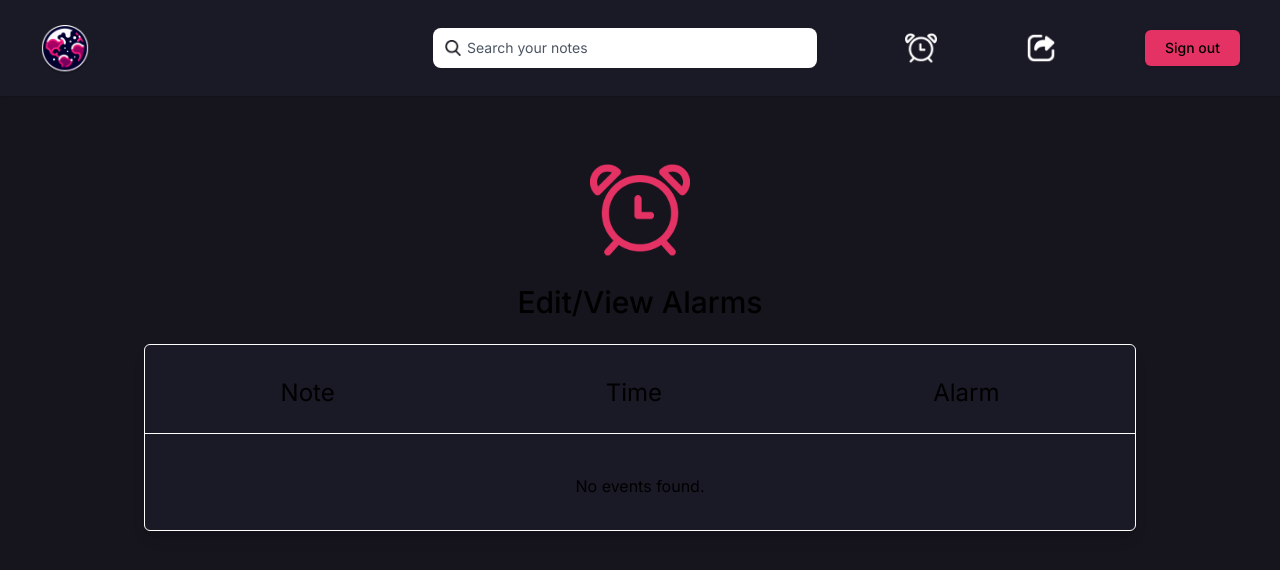
Repository: plan-it-earth/plan-it-earth
Page: /pages/alarm
The author's editor kept a copy of each file at every save. The page is drawn from the files as they stood at one save, then again after the next save.
The browser window is 1280 px wide. The pictures show the whole page.
The project was rebuilt for these pictures with package versions that can differ from the ones it lists, and the page was loaded fresh each time. The framework's server and built-in components were replaced by stand-ins that run in the browser. Also part of the build but not shown: next.config.mjs, app/lib/Hooks/dbActions.js, app/Components/AlarmRow.tsx.

Above is the page before, as saved 2024-04-18 20:29:33.

### app/layout.tsx
import type { Metadata } from "next";
import { Inter } from "next/font/google";
import "./globals.css";

import { AuthProvider } from "./lib/firebase/AuthProvider";

const inter = Inter({ subsets: ["latin"] });

export const metadata: Metadata = {
  title: "Plan-It-Earth",
  description: "Plan-It-Earth is a calendar application for professors and students",
};

export default function RootLayout({
  children,
}: Readonly<{
  children: React.ReactNode;
}>) {
  return (
    <html lang="en" className="bg-[#16141C]">
      <AuthProvider>
        <body className={inter.className}>{children}</body>
      </AuthProvider>
    </html>
  );
}

### app/pages/alarm/page.jsx
'use client';
import { useRouter } from 'next/navigation';
import React, { useState, useEffect } from 'react';
import { onAuthStateChanged } from 'firebase/auth';
import { auth } from '../../../firebaseConfig';
import Header from '../../Components/Header';
import alarm from '../../Images/alarmLogo.png';
import Image from 'next/image';
import FullCalendar from '@fullcalendar/react';
import dayGridPlugin from '@fullcalendar/daygrid';
import { useCalendarApi } from '../../lib/Context/CalendarProvider';
import AlarmRow from '../../Components/AlarmRow';

export default function Alarm() {
    const router = useRouter();
    const { calendarApi } = useCalendarApi();
    const [events, setEvents] = useState([]);


    useEffect(() => {
        if (calendarApi) {
            const loadEvents = () => {
                const eventsArray = calendarApi.getEvents();
                const filteredEvents = eventsArray.filter((event) => event.extendedProps.alarm >= 0);
                setEvents(filteredEvents);
            };
            loadEvents();
        }
    }, [calendarApi]);

    const formatDate = (date) => {
        const d = new Date(date);
        const options = {
            year: 'numeric', month: '2-digit', day: '2-digit',
            hour: '2-digit', minute: '2-digit', hour12: true,
        };
        return d.toLocaleString('en-US', options).replace(',', ' @');
    }


    return (
        <div className="bg-[#16141C] h-lvh justify-center">
            <Header />
            <div className="flex justify-center mt-16">
                <Image src={alarm} alt="Alarm" height={100} width={100} />
            </div>
            <div className="flex w-full justify-center">
                <h2 className="font-medium text-3xl mt-6">Edit/View Alarms</h2>
            </div>
            <div className="flex flex-col mx-2 sm:mx-36 md:mx-36 lg:mx-36 py-8 bg-[#1A1926] mt-6 border shadow-lg border-white rounded-md">
                <div className="flex flex-row w-full pb-6 text-xl sm:text-2xl font-normal justify-around border-b border-b-1 border-white">
                    <h1>Note</h1>
                    <h1>Time</h1>
                    <h1>Alarm</h1>
                </div>
                <div className="flex flex-col w-full gap-6 mt-6">
                    {events.length > 0 ? (
                        <div className="flex flex-col gap-6">
                            {events.map(event => (
                                <AlarmRow key={event.id} title={event.title} time={formatDate(event.start)} alarm={event.extendedProps.alarm} id={event.id} />
                            ))}
                        </div>
                    ) : (
                        <p className="text-center mt-4">No events found.</p>
                    )}
                </div>
            </div>
        </div>
    );
}

### app/globals.css
@tailwind base;
@tailwind components;
@tailwind utilities;

:root {
  --foreground-rgb: 0, 0, 0;
  --background-start-rgb: 214, 219, 220;
  --background-end-rgb: 255, 255, 255;
}

@media (prefers-color-scheme: dark) {
  :root {
    --foreground-rgb: 255, 255, 255;
    --background-start-rgb: 0, 0, 0;
    --background-end-rgb: 0, 0, 0;
  }
}

body {
  color: rgb(var(--foreground-rgb));
  background: linear-gradient(
      to bottom,
      transparent,
      rgb(var(--background-end-rgb))
    )
    rgb(var(--background-start-rgb));
}

@layer utilities {
  .text-balance {
    text-wrap: balance;
  }
}

.buttonexportpage:hover {
  background-color: #E53265;
}

### app/lib/firebase/AuthProvider.tsx
'use client'

import React, { useState, useEffect } from 'react';
import { onAuthStateChanged, User as firebaseUser } from 'firebase/auth';
import { auth, db } from '../../../firebaseConfig';
import { doc, onSnapshot } from 'firebase/firestore';
import UserContext from './UserContext';
import { CalendarProvider } from '../Context/CalendarProvider';

export interface UserData {
    email: string;
    uid: string;
    events: "";
}

export interface AuthState {
    userData: UserData | null;
}

interface AuthProviderProps {
    children: React.ReactNode;
}

export const AuthProvider = ({ children }: AuthProviderProps) => {
    const [userData, setUserData] = useState<AuthState>({ userData: null});

    useEffect(() => {
        const unsubscribe = onAuthStateChanged(auth, async (user: firebaseUser | null) => {
            try {
                // If user is logged in, get user data from firestore
                if (user) {
                    const uid = user.uid;
                    const userRef = doc(db, 'users', uid);
                    const unsubscribeUser = onSnapshot(userRef, (doc) => {
                        const userData = doc.exists() ? {...doc.data(), uid} as UserData : null;
                        setUserData({ userData });
                    });
                    return () => unsubscribeUser();
                } else {
                    setUserData({ userData: null });
                    return () => {};
                }
            } catch (error) {
                console.log("Error getting user data: ", error);
            }
        });
        return () => unsubscribe();
    }, []);
    return (
        <UserContext.Provider value={userData}>
            <CalendarProvider>
                {children}
            </CalendarProvider>
        </UserContext.Provider>
    )
}

### firebaseConfig.ts
// Import firebase modules
import 'firebase/firestore';
import 'firebase/auth';
import 'firebase/storage';
// Import the functions you need from the SDKs you need
import { initializeApp } from "firebase/app";
import { getFirestore } from 'firebase/firestore';
import { getAuth } from 'firebase/auth';
import { getStorage } from 'firebase/storage';
// TODO: Add SDKs for Firebase products that you want to use
// https://firebase.google.com/docs/web/setup#available-libraries

// Your web app's Firebase configuration
// For Firebase JS SDK v7.20.0 and later, measurementId is optional
const firebaseConfig = {
  apiKey: "AIzaSyBZBzlYp8KR-bJDEJVVbYroSMxS-GXYmR8",
  authDomain: "plan-it-earth-94b85.firebaseapp.com",
  projectId: "plan-it-earth-94b85",
  storageBucket: "plan-it-earth-94b85.appspot.com",
  messagingSenderId: "97255809349",
  appId: "1:97255809349:web:8b9f6ed7ba990714221e2c",
  measurementId: "G-WXFLGQPQ1S"
};

// Initialize Firebase
const app = initializeApp(firebaseConfig);
export const db = getFirestore(app);
export const auth = getAuth(app);
export const storage = getStorage(app);

### app/Components/Header.tsx
'use client';
import React, { useState, useEffect } from 'react';
import ReactDOM from 'react-dom';
import Image from 'next/image';
import { useRouter } from 'next/navigation';

import Search from './Search';

import logo from '../Images/headerlogo.png';
import alarm from '../Images/headeralarm.png';
import share from '../Images/headershare.png';

import { getAuth, signOut } from "firebase/auth";

function logOut() {
    const auth = getAuth();
    signOut(auth).then(() => {
        console.log("User signed out");
    }).catch((error) => {
        console.log("Error signing out: ", error);
    });

    console.log("Sign out clicked");
    location.href = "/";
}

export default function Header() {
    const router = useRouter();

    const routeToAlarm = () => {
        router.push('/pages/alarm')
    }

    const routeToExportOrShare = () => {
        router.push('/pages/exportorshare')
    }

    const routeToCalendar = () => {
        router.push('/pages/calendar')
    }

    return (
        <div className="flex h-24 w-full px-2 py-5 bg-[#1A1926] shadow justify-around md:px-10">
            <div className="flex flex-row h-full items-center space-x-2 md:gap-20">
                <Image onClick={routeToCalendar} src={logo} alt="Plan-It-Earth" height={50} width={50} className="h-30 w-30 mt-1 cursor-pointer hover:opacity-85 md:h-35 md:h-35"/>
                <div className="hidden sm:block"></div>
                <div className="hidden sm:w-20 sm:block"></div>
            </div>
            {/*<div className="hidden w-24 lg:block"></div>*/}
            <Search />
            <div className="flex flex-row h-full items-center space-x-2 md:gap-20">
                <Image onClick={routeToAlarm} src={alarm} alt="Alarm" height={35} width={35} className="h-8 w-8 cursor-pointer hover:opacity-85"/>
                <Image onClick={routeToExportOrShare} src={share} alt="Share" height={35} width={35} className="h-8 w-8 cursor-pointer hover:opacity-85"/>
                <button onClick={() => logOut()} className="px-3 py-2 rounded-md text-xs font-medium bg-[#E53265] outline-none border-none shadow hover:brightness-110 md:px-5 md:py-2 md:text-sm">Sign out</button>
            </div>
        </div>
    )
}

### app/lib/Context/CalendarProvider.tsx
import React, { createContext, useContext, useState, ReactNode, RefObject } from 'react';

interface CalendarProviderProps {
    children: ReactNode;
}

interface CalendarContextType {
    calendarApi: any;
    setCalendarApi: (api: any) => void;
}

const CalendarContext = createContext<CalendarContextType | null>(null);

export const CalendarProvider: React.FC<CalendarProviderProps> = ({ children }) => {
    const [calendarApi, setCalendarApi] = useState<any>(null);

    return (
        <CalendarContext.Provider value={{ calendarApi, setCalendarApi }}>
            {children}
        </CalendarContext.Provider>
    );
};

export const useCalendarApi = () => {
    const context = useContext(CalendarContext);
    if (context === null) {
        throw new Error('useCalendarRef must be used within a CalendarProvider');
    }
    return context;
};

### app/lib/firebase/UserContext.tsx
import { createContext } from "react";
import { AuthState } from './AuthProvider';

const UserContext = createContext<AuthState>({ userData: null });

export default UserContext;

### app/Components/Search.tsx
'use client';
import React, { useState } from 'react';
import Image from 'next/image';
import { useRouter} from 'next/navigation';

import search from '../Images/search.png';

export default function Search() {
    const [searchInput, setSearchInput] = useState('');
    const router = useRouter();

    const handleSubmit = (event:any) => {
        event.preventDefault();
        router.push(`/pages/search?search=${encodeURIComponent(searchInput)}`);
    };

    const handleInputChange = (event:any) => {
        setSearchInput(event.target.value);
    };

    return (
        <form onSubmit={handleSubmit} className="flex flex-row mx-auto h-10 w-36 items-center gap-2 self-center bg-[#fff] rounded-lg md:w-96 sm:w-80">
            <button type="submit" className="border-none bg-none">
                <Image src={search} alt='Search' height={18} width={18} className="h-4 w-4 ml-2 cursor-pointer md:ml-3"/>
            </button>
            <input onChange={handleInputChange} type='text' placeholder="Search your notes" className="w-full text-black placeholder-gray-600 text-xs outline-none border-none md:text-sm"/>
        </form>
    )
}

Loaded but not shown: tailwind.config.ts (common file)

After the next save:
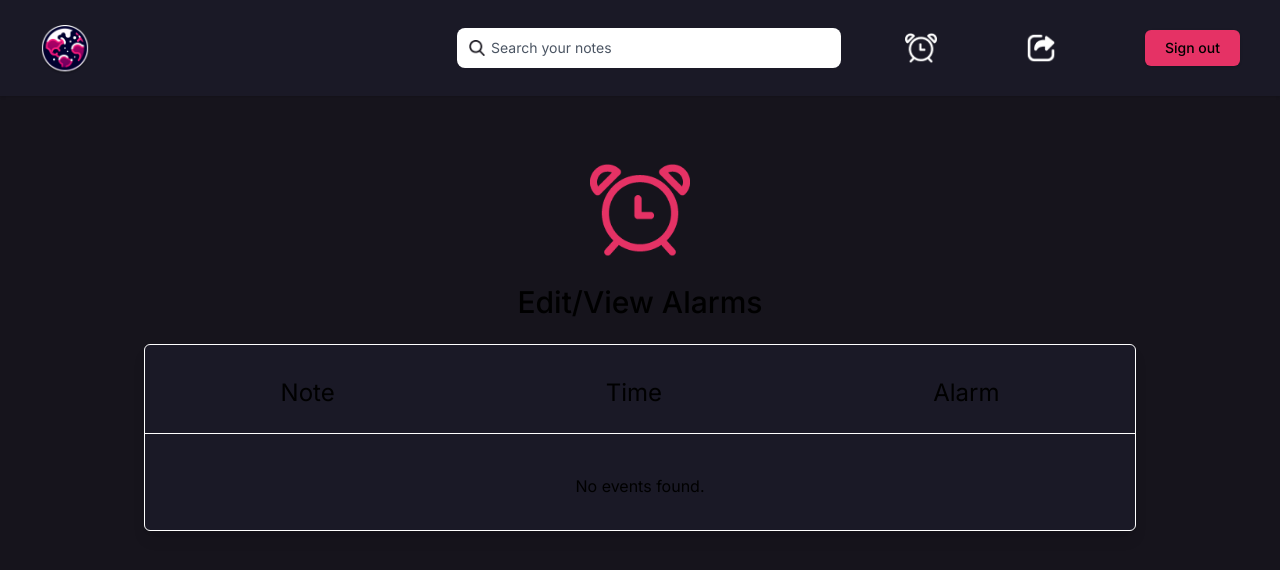
Saved 5 s later.
--- a/app/Components/Header.tsx
+++ b/app/Components/Header.tsx
@@ -43,8 +43,8 @@ export default function Header() {
         <div className="flex h-24 w-full px-2 py-5 bg-[#1A1926] shadow justify-around md:px-10">
             <div className="flex flex-row h-full items-center space-x-2 md:gap-20">
                 <Image onClick={routeToCalendar} src={logo} alt="Plan-It-Earth" height={50} width={50} className="h-30 w-30 mt-1 cursor-pointer hover:opacity-85 md:h-35 md:h-35"/>
-                <div className="hidden sm:block"></div>
-                <div className="hidden sm:w-20 sm:block"></div>
+                <div className="hidden sm:w-16 sm:block"></div>
+                <div className="hidden sm:w-16 sm:block"></div>
             </div>
             {/*<div className="hidden w-24 lg:block"></div>*/}
             <Search />
